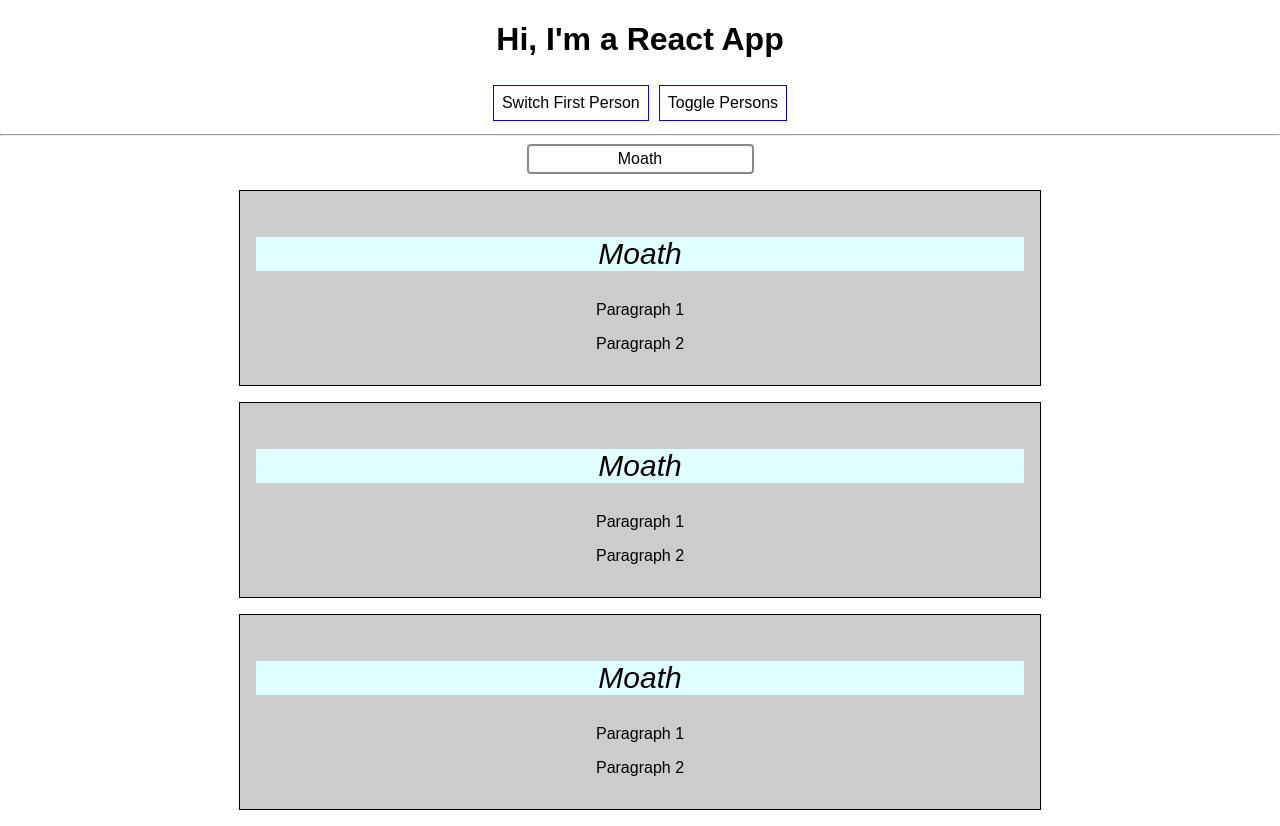
Repository: MuathYHKefayah/React-Basics
Page: /
These files come from the project's save history. The page is drawn as it stood at one moment and after the next save; the edit follows.
The browser window is 1280 px wide. The pictures show the whole page.
The project was rebuilt for these pictures with package versions that can differ from the ones it lists, and the page was loaded fresh each time. Also part of the build but not shown: src/Person/Person.css, src/Person/Person.js.

Above is the page before, as saved 2020-12-12 15:19:40.

After the next save:
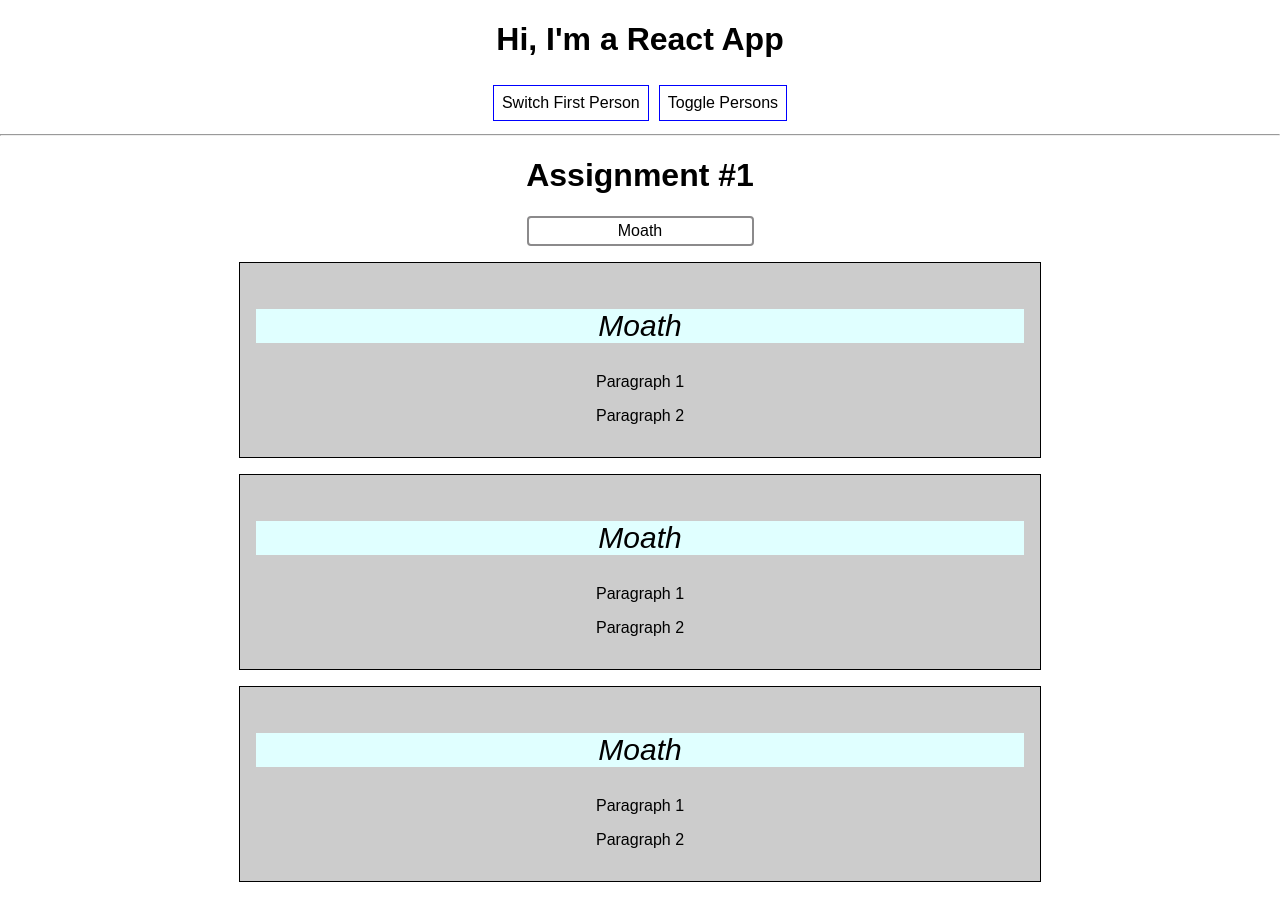
Saved 3 min 29 s later.
--- a/src/App.js
+++ b/src/App.js
@@ -153,6 +153,7 @@ class App extends Component {
         {persons}
 
         <hr/>
+        <h1>Assignment #1</h1>
         <UserInput
           name={this.state.username}
           changed={this.usernameChangedHandelr}/>
